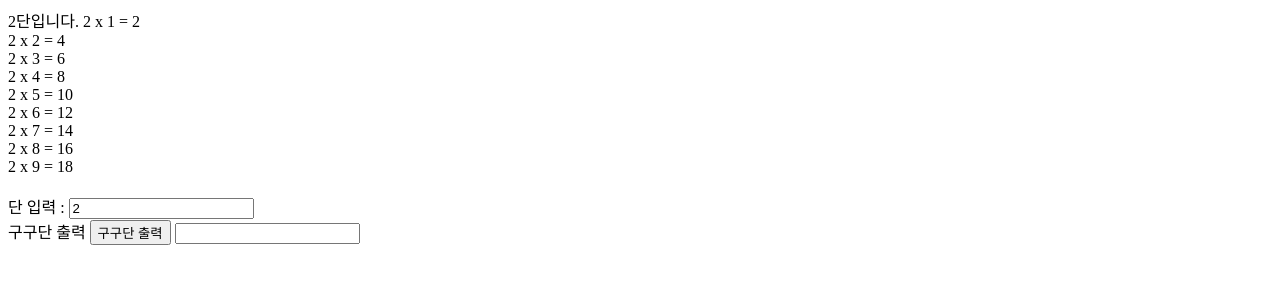
Repository: carnelli95/workspace_JSP
Page: http://localhost/MustHaveJSP/JSPMission/Gugudan3.jsp
An editor plug-in stored every save of this project. The page is shown before and after the next save, followed by the edit.
The browser window is 1280 px wide. The pictures show the whole page.
The page is served by Tomcat 10.

Above is the page before, as saved 2025-09-30 08:01:04.

After the next save:
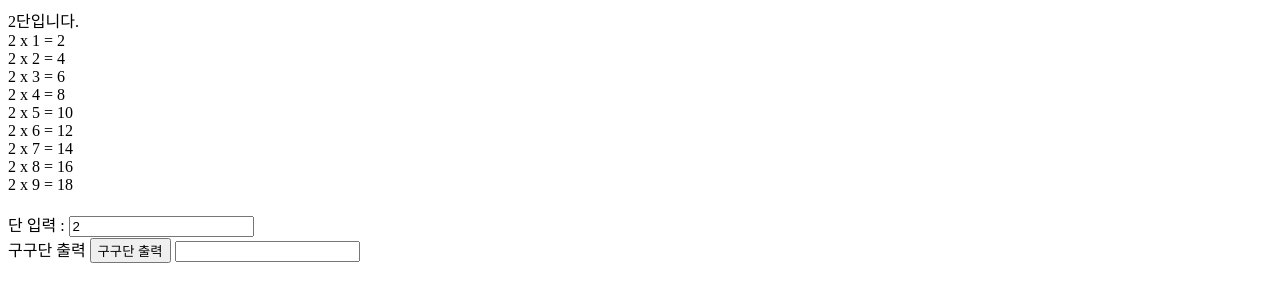
Saved 22 s later.
--- a/MustHaveJSP/src/main/webapp/JSPMission/Gugudan3.jsp
+++ b/MustHaveJSP/src/main/webapp/JSPMission/Gugudan3.jsp
@@ -29,7 +29,7 @@
 			}
 		}
 
-		out.println(num + "단입니다.");
+		out.println(num + "단입니다.<br>");
 			for(int j = 1; j <= 9; j++) {
 				out.print(num + " x " + j  + " = " + num * j + "<br>");
 			}
